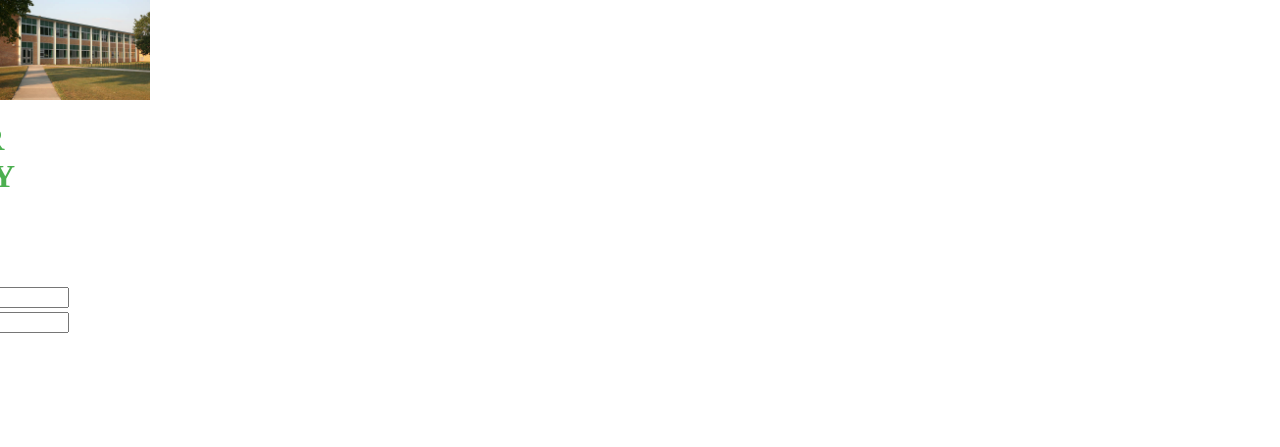
Repository: priyankagit8692/Phase_2_SimpliLearn-
Page: http://localhost/LearnerAcademyProject/AdminLogin.jsp
An editor plug-in stored every save of this project. The page is shown before and after the next save, followed by the edit.
The browser window is 1280 px wide. The pictures show the whole page.
The page is served by Tomcat 9.

Above is the page before, as saved 2021-03-20 16:10:32.

After the next save:
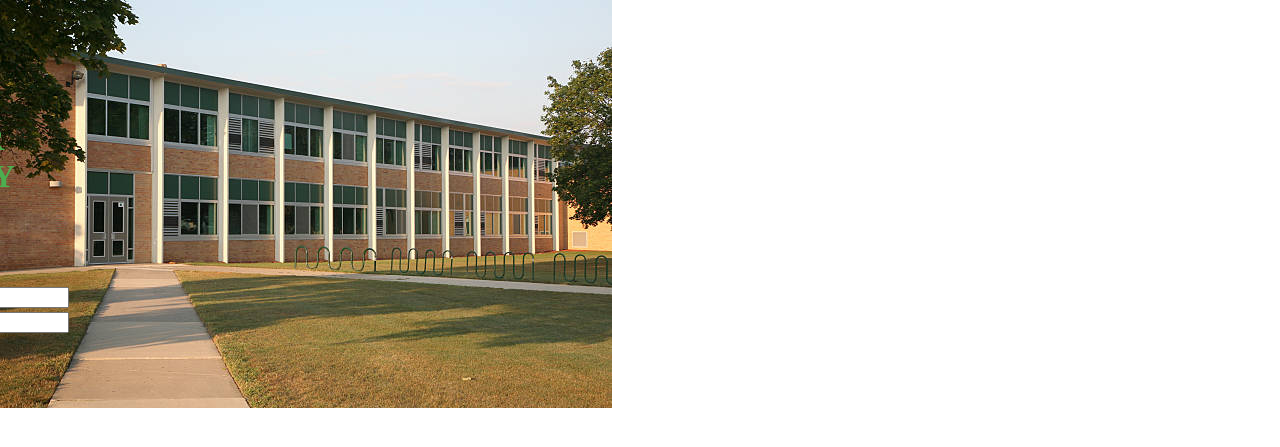
Saved 9 s later.
--- a/FinalProjectPhase2/LearnerAcademyProject/WebContent/AdminLogin.jsp
+++ b/FinalProjectPhase2/LearnerAcademyProject/WebContent/AdminLogin.jsp
@@ -10,7 +10,7 @@
 body {
   background-image: url("images/academy.jpg");
   background-repeat: no-repeat;
-  background-size: 150px;
+
   width: 100px;
   height: 100px;
 }
